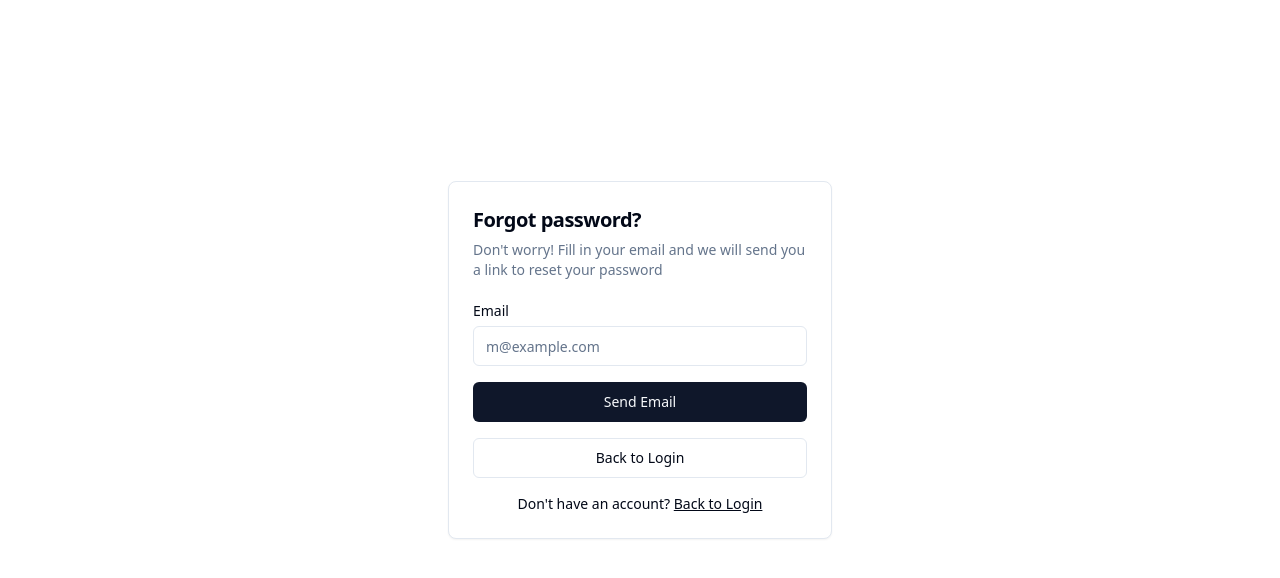
Repository: ifeanyidavid/yabta
Page: /forgot-password (app in frontend/)
These files come from the project's save history. The page is drawn as it stood at one moment and after a run of saves; the edit follows.
The browser window is 1280 px wide. The pictures show the whole page.
The project was rebuilt for these pictures with package versions that can differ from the ones it lists, and the page was loaded fresh each time. Also part of the build but not shown: frontend/vite.config.ts, frontend/src/components/login-form.tsx, frontend/src/pages/Login/index.tsx, frontend/src/routes/root.tsx, frontend/src/routes/error-page.tsx, frontend/src/routes/dashboard.tsx, frontend/src/components/register-form.tsx, frontend/src/pages/Register/index.tsx and 1 more.

Above is the page before, as saved 2024-07-13 00:33:04.

After the next 2 saves:
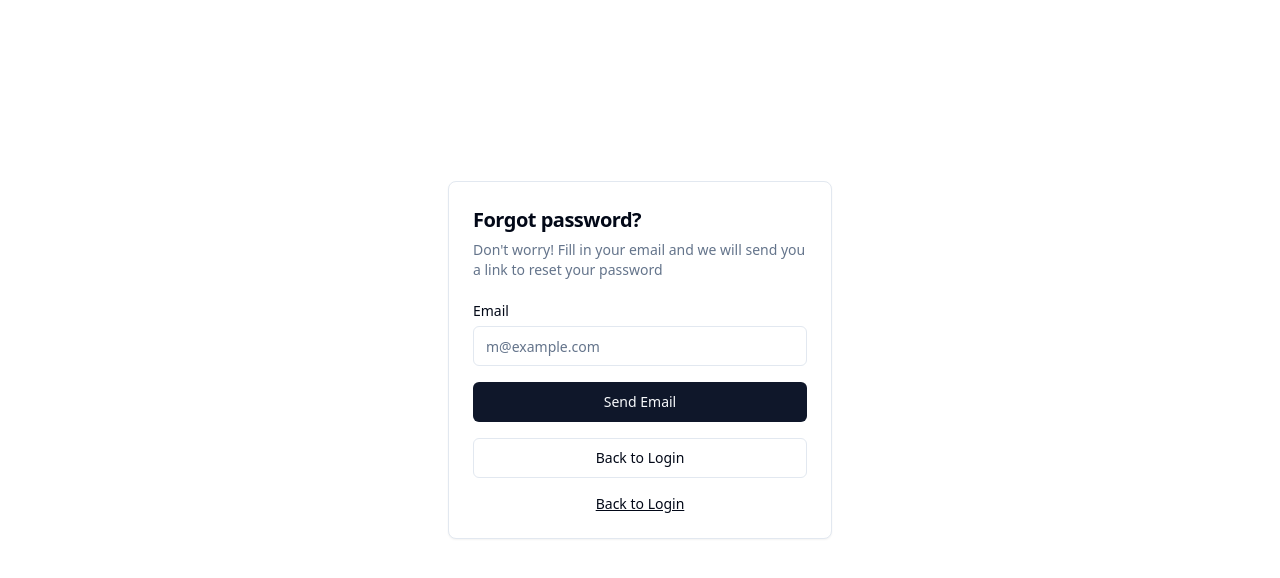
The 2 saves are shown as one change because they came seconds apart.
The last was saved 16 s later.
--- a/frontend/src/components/forgot-password-form.tsx
+++ b/frontend/src/components/forgot-password-form.tsx
@@ -33,15 +33,22 @@ export function ForgotPasswordForm() {
               required
             />
           </div>
-          <Button onClick={navigateToDashboard} type="submit" className="w-full">
+          <Button
+            onClick={navigateToDashboard}
+            type="submit"
+            className="w-full"
+          >
             Send Email
           </Button>
-          <Button onClick={navigateToLogin} variant="outline" className="w-full">
+          <Button
+            onClick={navigateToLogin}
+            variant="outline"
+            className="w-full"
+          >
             Back to Login
           </Button>
         </div>
         <div className="mt-4 text-center text-sm">
-          Don&apos;t have an account?{" "}
           <NavLink to="/register" className="underline">
             Back to Login
           </NavLink>
